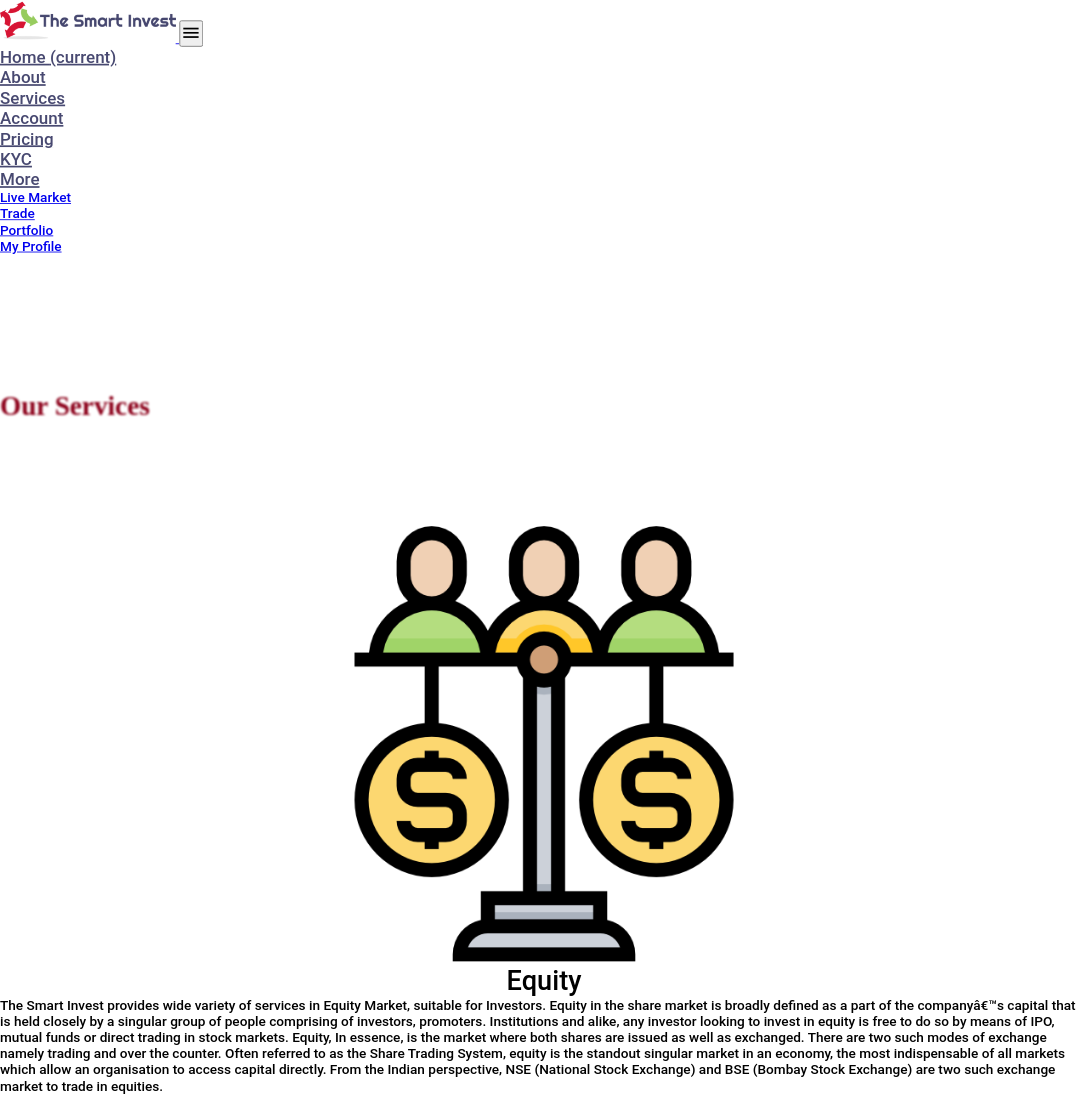
Repository: Demonster1999/Invest-Mart-new
Page: services.html
These files come from the project's save history. The page is drawn as it stood at one moment and after the next save; the edit follows.
The browser window is 1280 px wide. The pictures show the whole page, at 85% of full size.
Some web libraries are served in a nearby version.

Above is the page before, as saved 2020-05-01 21:34:57.
Console error: TypeError: Failed to execute 'addEventListener' on 'EventTarget': parameter 2 is not of type 'Object'.

After the next save:
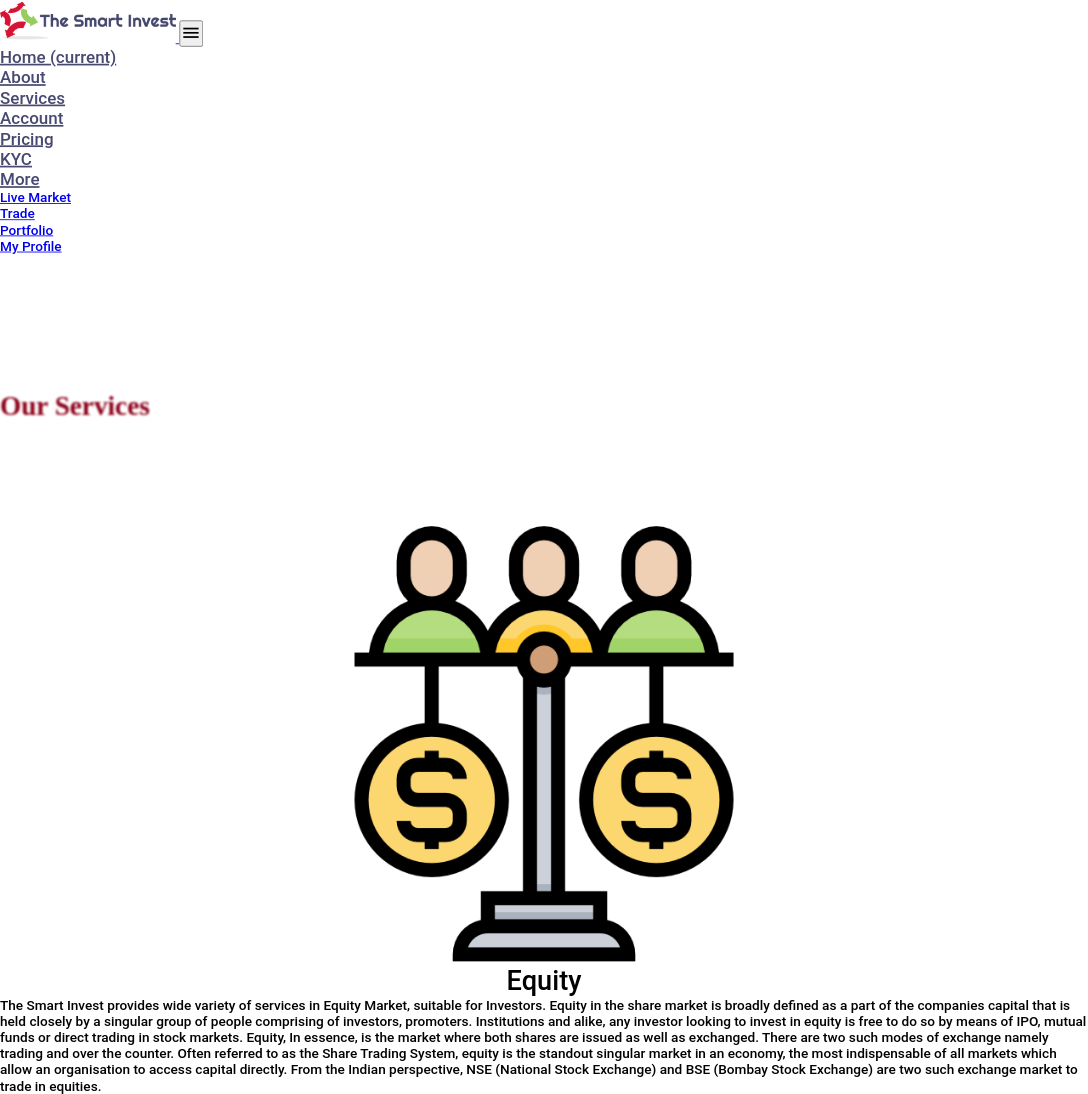
Saved 16 s later.
--- a/services.html
+++ b/services.html
@@ -100,7 +100,7 @@
 <p>
   The Smart Invest provides wide variety of services in Equity Market, suitable for Investors. Equity in the share
   market
-  is broadly defined as a part of the companyâ€™s capital that is held closely by a singular group of people comprising
+  is broadly defined as a part of the companies capital that is held closely by a singular group of people comprising
   of
   investors, promoters. Institutions and alike, any investor looking to invest in equity is free to do so by means of
   IPO,
